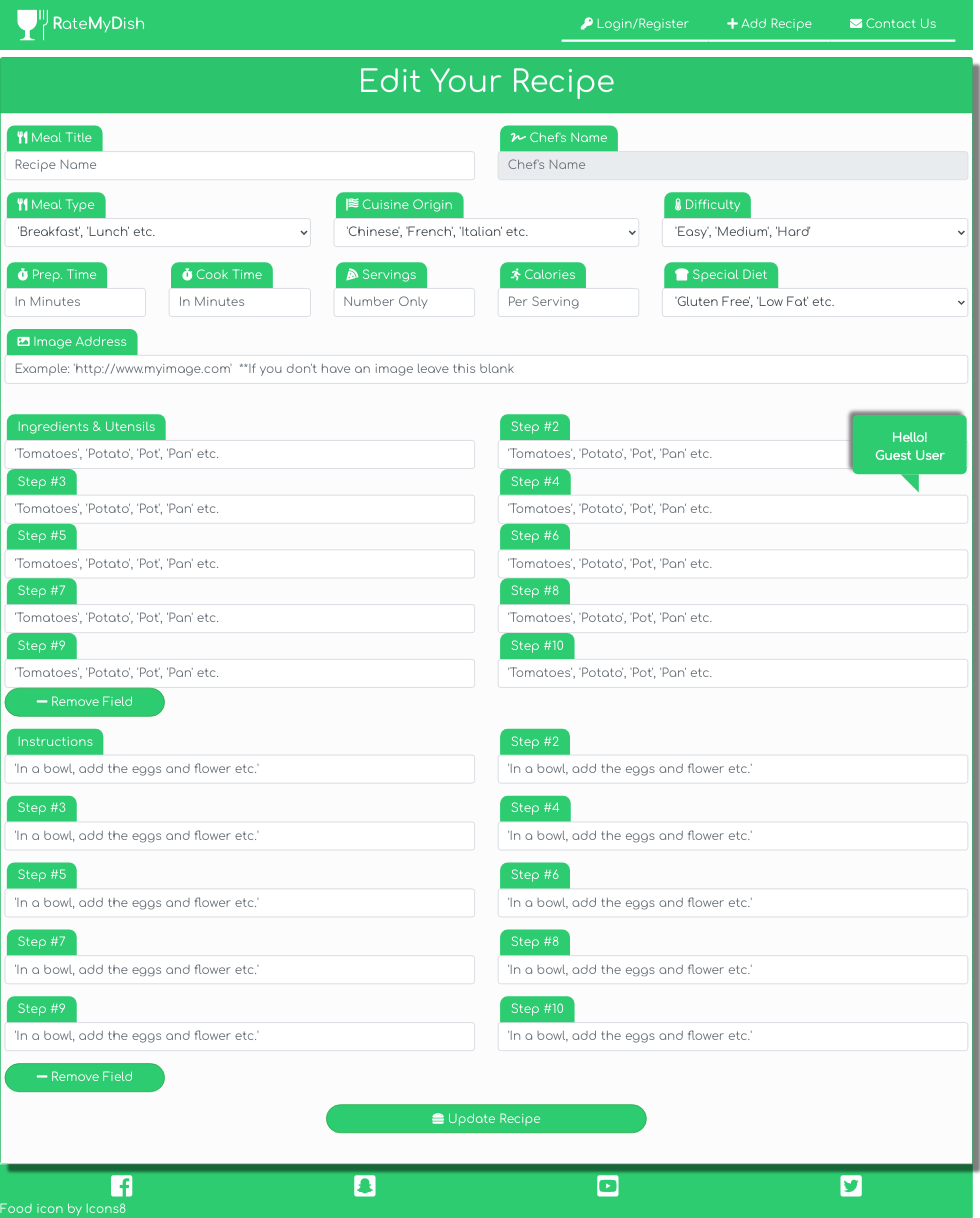
Repository: dbyrne87/ratemydish
Page: templates/editrecipe.html
The author's editor kept a record of every edit. The page is drawn from the files as they stood at one moment, then again after the next edit.
The browser window is 1280 px wide. The page is 1289 px wide, so the pictures cover 1289 px, including what lies to the right of the window. The pictures show the whole page, at 76% of full size.
Some web fonts or font styles are not loaded; a fallback is used. The page is served by the project's application, run on Flask 3 (app.py). The template is opened directly, without the code that normally fills it, so the values that code supplies are empty.

Above is the page before.

After the next edit:
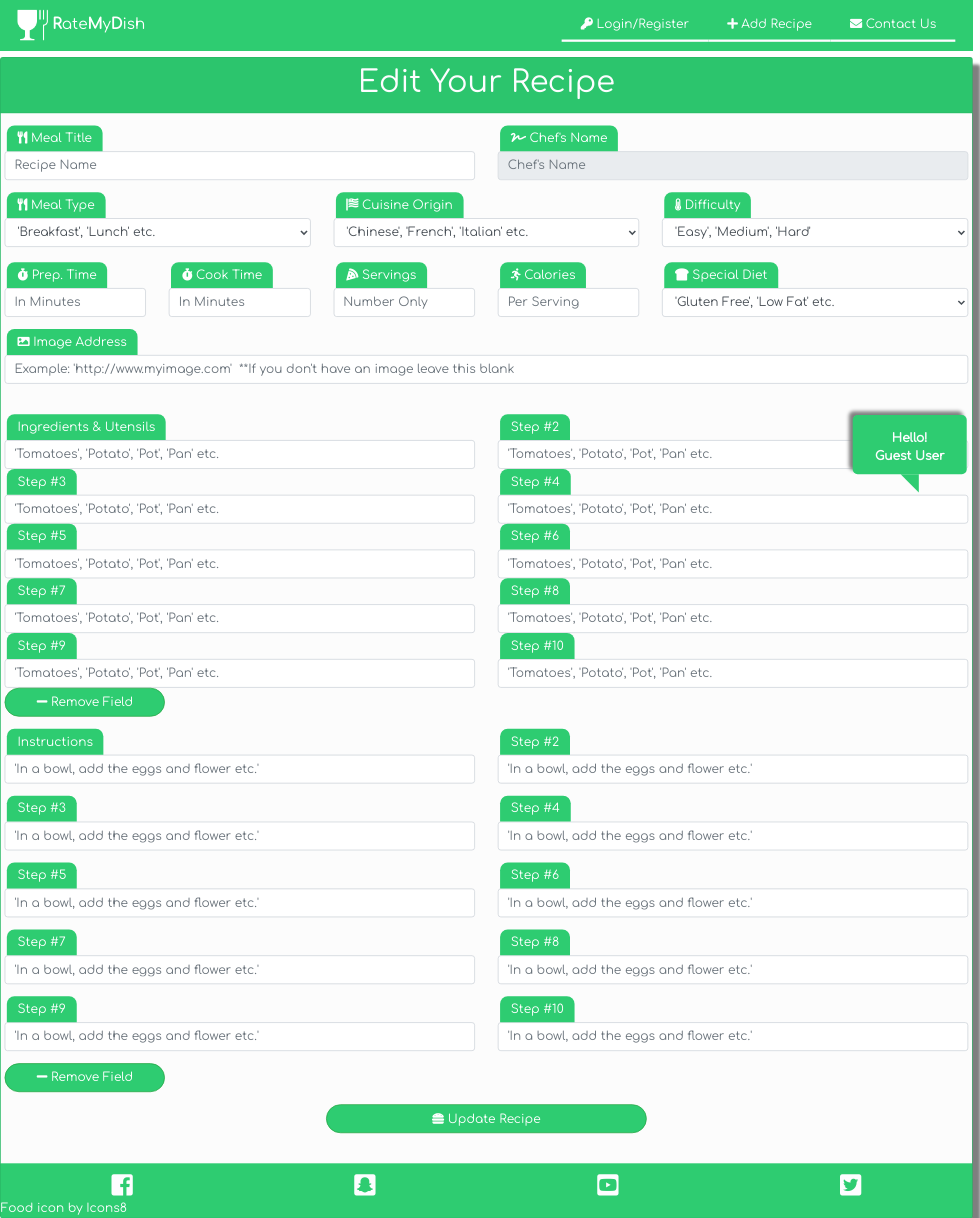
The edit:
--- a/templates/editrecipe.html
+++ b/templates/editrecipe.html
@@ -9,7 +9,7 @@
         {% endif %}
     {% endwith %}
 
-    <div class="card">
+    <main class="card">
         <h1 id="edit-recipe-header" class="card-header">Edit Your Recipe</h1>
 
         <div class="card-body text-left">

After the edit that followed:
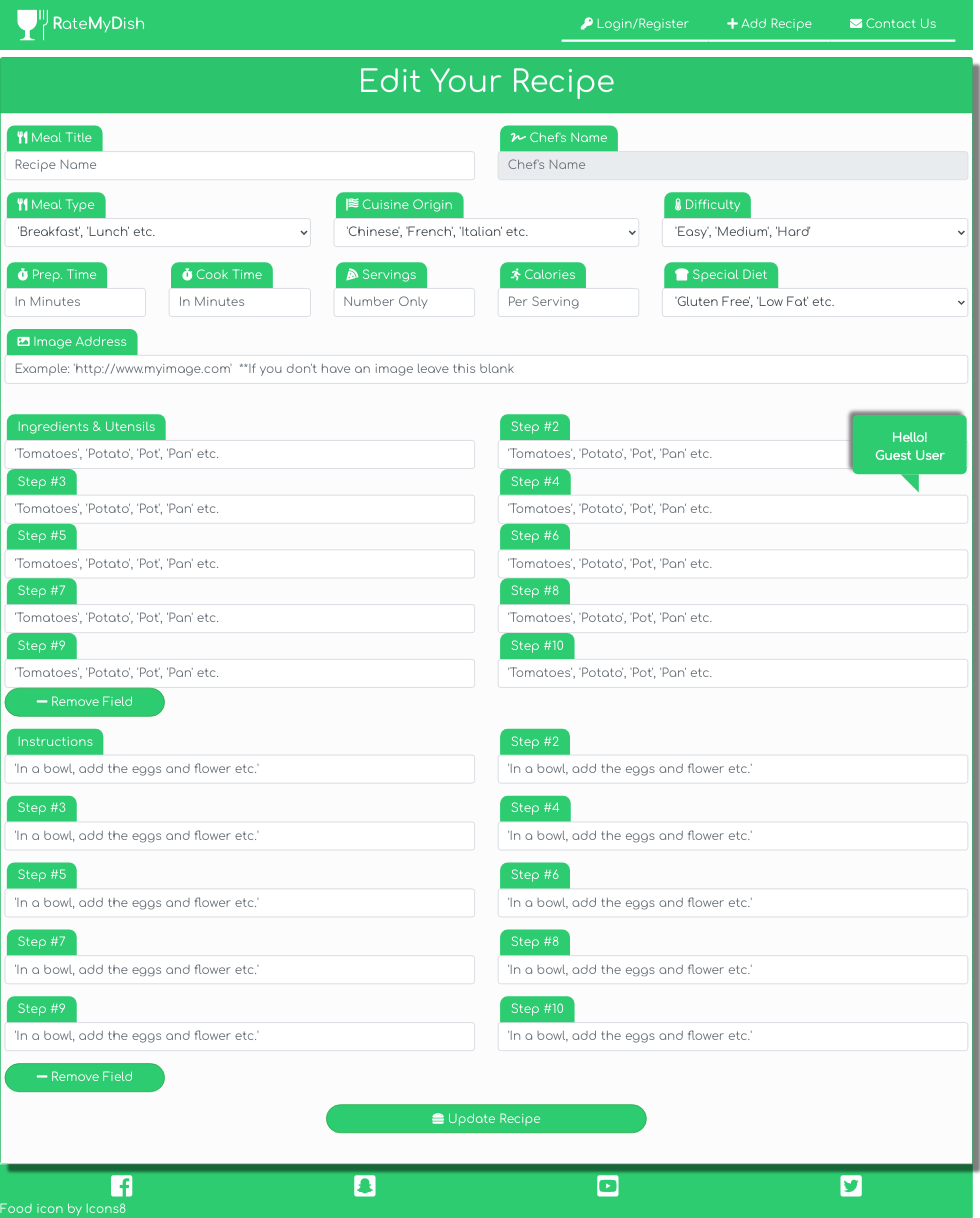
The edit:
--- a/templates/editrecipe.html
+++ b/templates/editrecipe.html
@@ -256,7 +256,7 @@
                 </div>
         </div>
     </div>
-</div>
+</main>
 </form>
 
 <script src="https://code.jquery.com/jquery-3.4.1.min.js" integrity="sha256-CSXorXvZcTkaix6Yvo6HppcZGetbYMGWSFlBw8HfCJo=" crossorigin="anonymous"></script>
